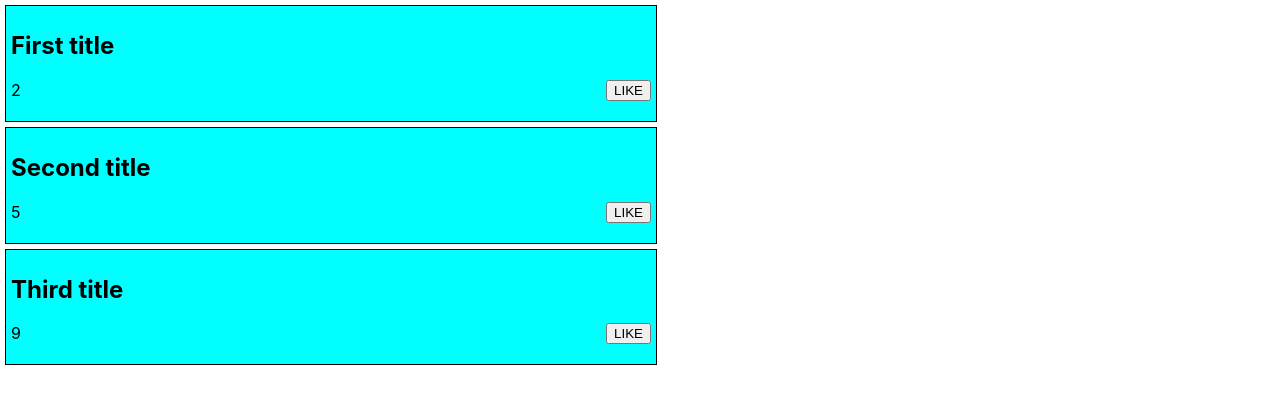
Repository: asapvtec98/egzamin
Page: /
An editor plug-in stored every save of this project. The page is shown before and after the next save, followed by the edit.
The browser window is 1280 px wide. The pictures show the whole page.
The project was rebuilt for these pictures with package versions that can differ from the ones it lists, and the page was loaded fresh each time.

Above is the page before, as saved 2023-11-14 09:34:33.

### src/App.js
import React from "react";
import Komentarz from "./components/Comment";
function App() {
  const comments = [
    {
      title: "First title",
      likes: 2
    },
    {
      title: "Second title",
      likes: 5
    },
    {
      title: "Third title",
      likes: 9
    }
  ]

  const displayComments = comments.map((comment) =>
      <div className="Comment">
        <Komentarz title={comment.title} likes={comment.likes}></Komentarz>
      </div>
  )

  return (
    <div className="App">
        {displayComments}
    </div>
  )
}

export default App;

### src/components/Comment.js
import React, { useState } from "react";
import "./Comment.css";

function Komentarz(props) {
    const [likes, setLike] = useState(false);
    const [count, setCount] = useState(parseInt(props.likes));
    const [show, setShow] = useState(true);

    const handleLikes = () => {
        if(!likes) {
            setLike(true);
            setCount(count + 1);
        } else {
            setLike(false);
            setCount(count - 1);
        }


    };

    return(
        <div className="comment">
            <h2>{props.title}</h2>
            <div className="likes_section">
                <button type="button" onClick={() => {
                    setShow(!show)
                    handleLikes();
                }}>{show === true ? 'LIKE' : 'DISLIKE'}</button>
                <p>{count}</p>
            </div>
        </div>
    )

}
export default Komentarz;

### src/components/Comment.css
.comment {
    border: 1px solid black;
    background-color:aqua;
    width: 50%;
    padding: 5px;
    margin: 5px;
}

.likes_section {
    button {
        float: right;
    }
}

Loaded but not shown: public/index.html (common file); src/index.js (common file); src/index.css (common file); src/reportWebVitals.js (common file)

After the next save:
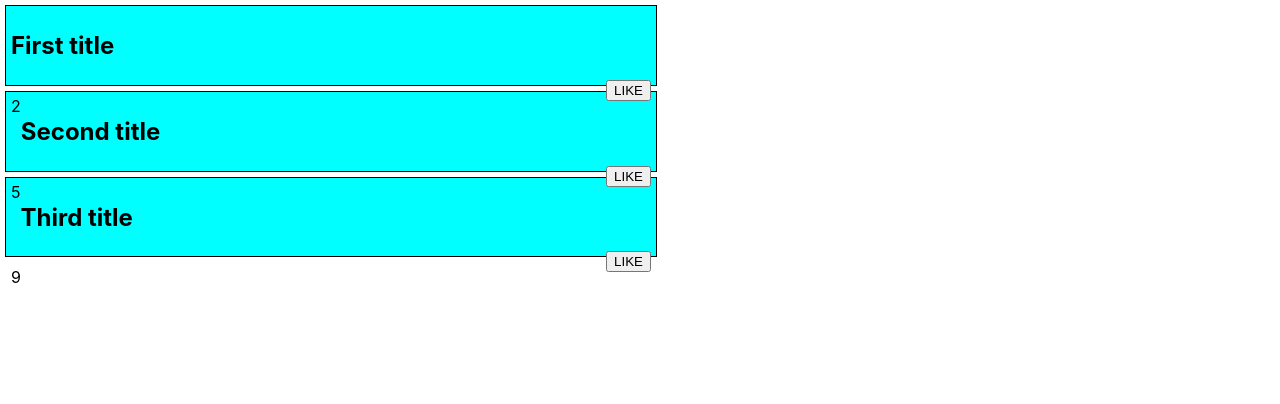
Saved 23 s later.
--- a/src/components/Comment.css
+++ b/src/components/Comment.css
@@ -10,4 +10,8 @@
     button {
         float: right;
     }
+
+    p {
+        float: left;
+    }
 }

After the 2 saves that followed:
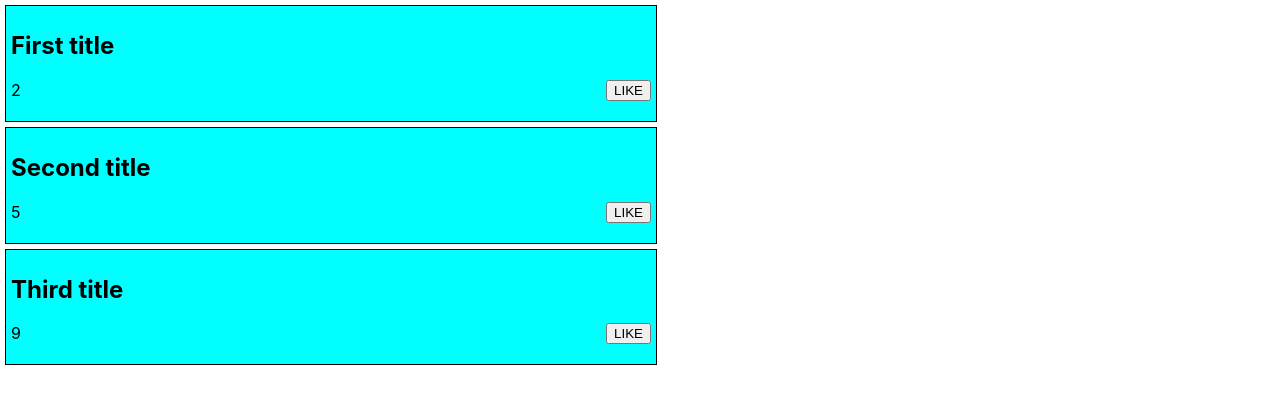
The 2 saves are shown as one change because they came seconds apart.
The last was saved 10 s later.
--- a/src/components/Comment.css
+++ b/src/components/Comment.css
@@ -10,8 +10,4 @@
     button {
         float: right;
     }
-
-    p {
-        float: left;
-    }
 }
